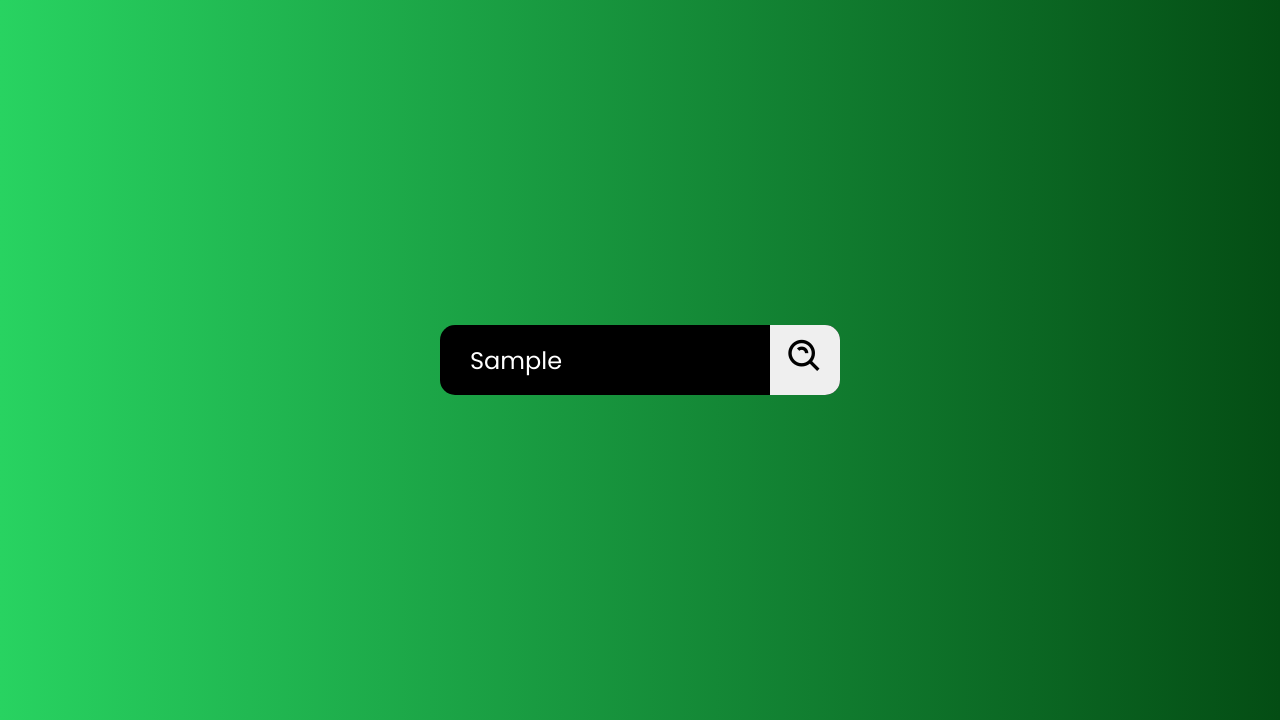
Repository: lausamtuong/day4_search
Page: index.html
An editor plug-in stored every save of this project. The page is shown before and after a run of saves, followed by the edit.
The browser window is 1280 px wide. The pictures show the whole page.
Empty fields were first filled with sample values (such as "Sample", 5 or name@example.com).
After loading, the first visible `button.search__btn` was clicked once.
The style sheet was rebuilt from its Sass, Less or Tailwind sources for each picture, by a compiler version that may differ from the author's.

Above is the page before, as saved 2021-12-15 14:48:04.

After the next 3 saves:
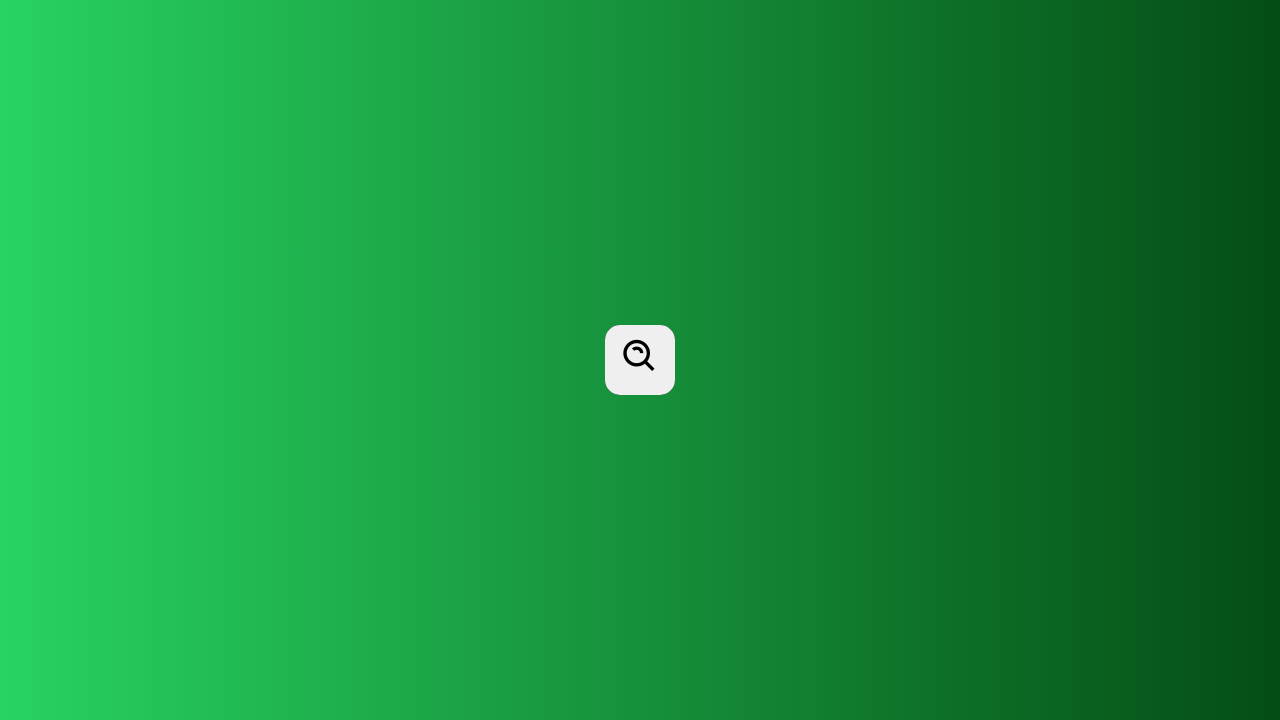
Console error: ReferenceError: thi is not defined
The 3 saves are shown as one change because they came seconds apart.
The last was saved 10 min 19 s later.
--- a/js.js
+++ b/js.js
@@ -1,8 +1,8 @@
 const open_search = document.querySelector(".search__btn")
-const wrapper = document.querySelector(".wrapper")
+
 function active(){
-    console.log(12);
-    wrapper.classList.toggle("open")
+
+    thi.classList.toggle("open")
 }
 
 open_search.addEventListener("click",active)

After the 3 saves that followed:
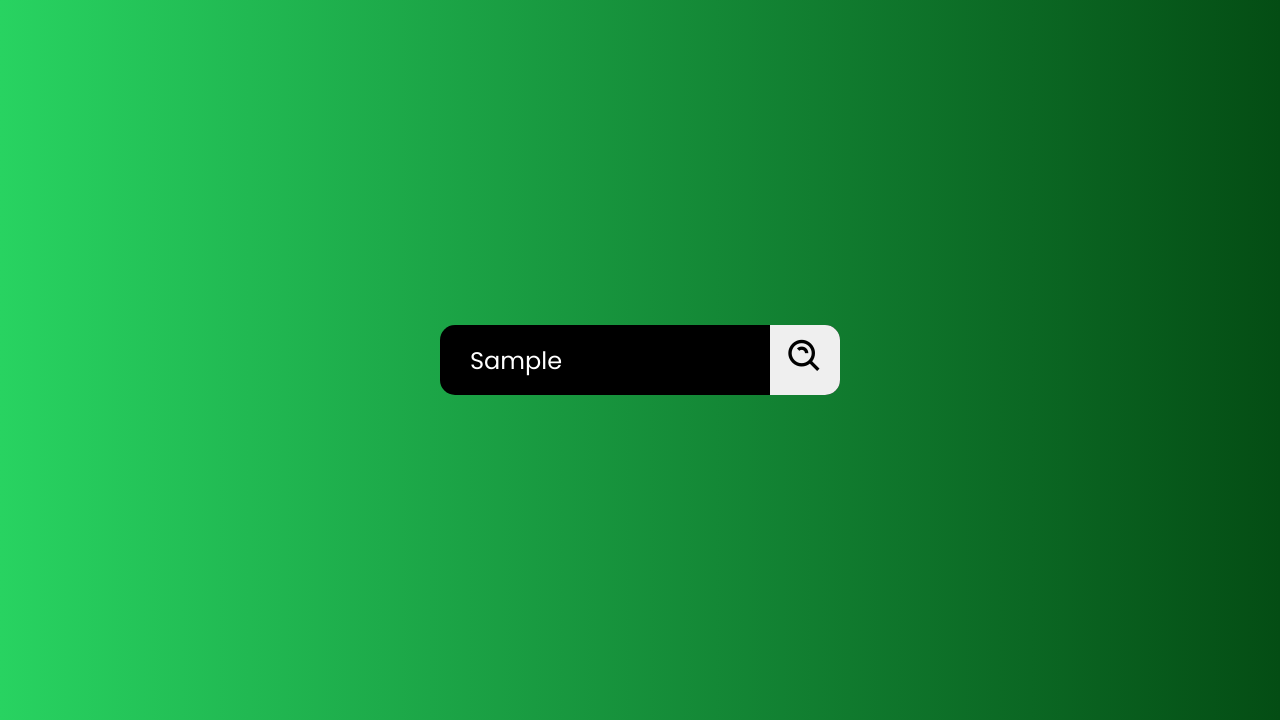
The error is gone.
The 3 saves are shown as one change because 1 left the picture as it was and some came seconds apart.
The last was saved 14 s later.
--- a/js.js
+++ b/js.js
@@ -2,7 +2,7 @@
 
 function active(){
 
-    thi.classList.toggle("open")
+    this.parentElement.classList.toggle("open")
 }
 
 open_search.addEventListener("click",active)
